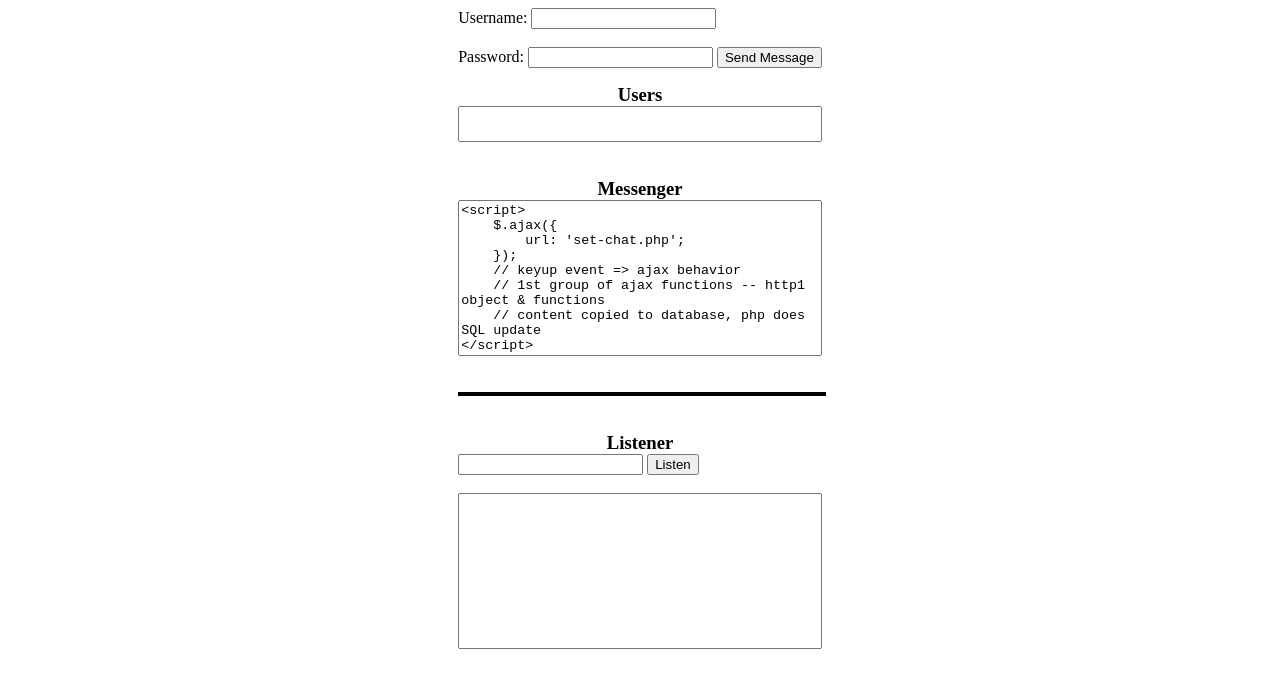
Repository: hosua/it-202
Page: http://localhost/
These files come from the project's save history. The page is drawn as it stood at one moment and after the next save; the edit follows.
The browser window is 1280 px wide. The pictures show the whole page.
The page is run by PHP 8.4 with error messages shown; the project is at /var/www/html/. Queries for data that is not in the repository find no rows.

Above is the page before, as saved 2022-12-02 05:54:07.

### assign5/index.php
<html>
<div class="container">
    <?php
include 'info.php';

ini_set("display_errors", 1); // debugging
ini_set("display_startup_errors", 1); // debugging

if (mysqli_connect_errno()) {
    echo "Failed to connect to MySQL: " . mysqli_connect_error();
    exit();
}
?>

    <form method=post action="index.php">
        <label for=user>Username: </label>
        <input type=text id=user name=user>
        <br> <br>
        <label for=pass>Password: </label>
        <input type=password id=pass name=pass>
        <input type="submit" value="Send Message">
    </form>

    <h3 style="margin: auto;"> Users </h3>
    <!-- User list -->
    <textarea readonly id=active-users name=active-users cols=20 rows=2>
<?php
$sql = "SELECT * FROM Users;";
$query_res = $conn->query($sql);
while ($row = $query_res->fetch_assoc()) {
    echo $row['username'] . " ";
}
?>
</textarea>
    <!-- Messenger -->
    <br> <br>
    <h3 style="margin: auto;"> Messenger </h3>
<textarea id=messenger name=messenger cols=40 rows=10>
<script>
    $.ajax({
        url: 'set-chat.php';
    });
    // keyup event => ajax behavior
    // 1st group of ajax functions -- http1 object & functions
    // content copied to database, php does SQL update
</script>
</textarea>
    <br> <br>
    <span class=warning id=warning>
<?php
    // error message here if user fails to login
?>
    </span>
    <br> <br>
    <!-- Listener -->
    <h3 style="margin: auto;"> Listener </h3>
    <label for=listener-name>
        <input type=text id=listener-name name=listener-name>
        <button type=button id=listener-button>Listen</button>
        <br> <br>
    <textarea id=listener name=listener cols=40 rows=10>
    </textarea>
</div> <!-- listener-container -->

<link rel="stylesheet" href="styles.css">

</html>

### assign5/info.php
<?php
	session_start();
	$dbserver= "localhost";
	$dbuser= "hoswoo";
	$dbpass = "m1z0m1z0";
	$dbname = "it202";

	$active_page = basename($_SERVER["PHP_SELF"], ".php");

	// This is how to make a .php page unvisitable.
	// User should never be able to visit this page since it only holds information and functions.
	if ( $_SERVER['REQUEST_METHOD']=='GET' && realpath(__FILE__) == realpath( $_SERVER['SCRIPT_FILENAME'] ) ) {
		header("location: index.php");
	}

	$conn = mysqli_connect($dbserver,$dbuser,$dbpass,$dbname);
	if (mysqli_connect_errno()){ echo "Failed to connect to MySQL: " . mysqli_connect_error(); exit(); }
?>

<link rel="stylesheet" href="styles.css">

### assign5/styles.css
.warning {
    border: 2px solid black;
    background-color: red;
    position: relative;
    width: 100%;
}

.container {
    display: grid;
    justify-content: center;
    align-items: center;
}

#active-users {
    resize: none;
}

#messenger {
    resize: none;
}

#listener {
    position: relative;
    width: 100%;
    resize: none;
}

After the next save:
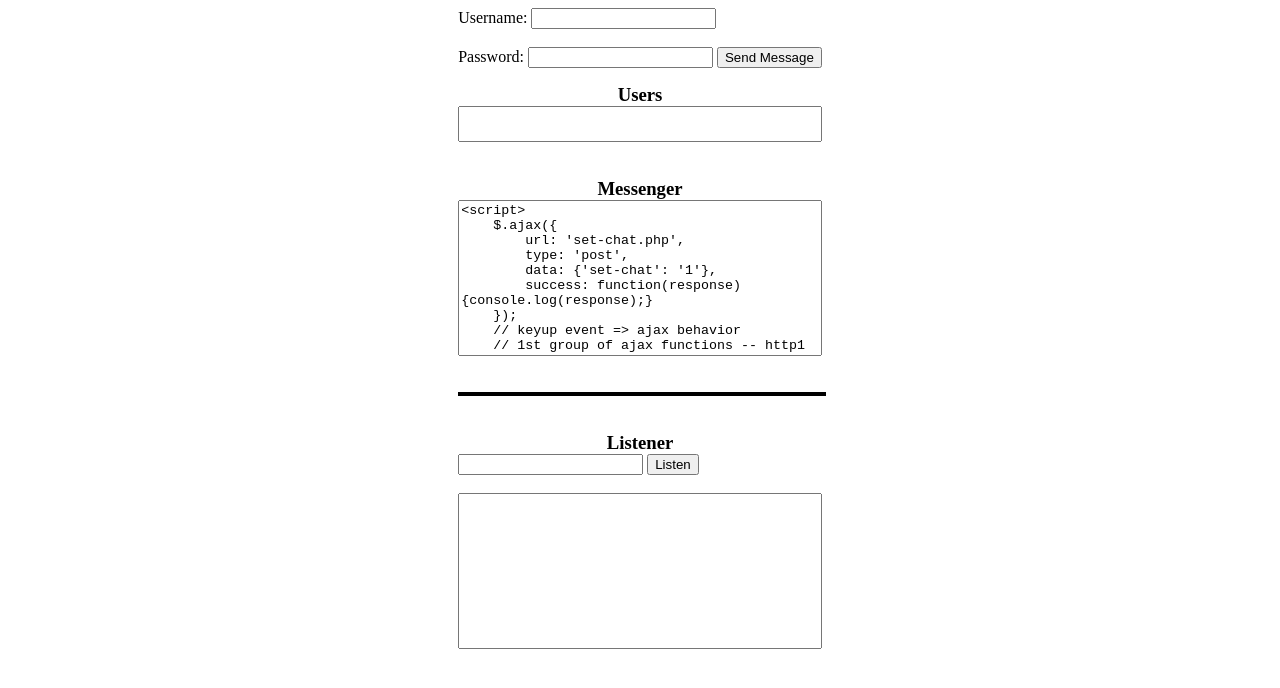
Saved 44 s later.
--- a/assign5/index.php
+++ b/assign5/index.php
@@ -38,7 +38,10 @@ while ($row = $query_res->fetch_assoc()) {
 <textarea id=messenger name=messenger cols=40 rows=10>
 <script>
     $.ajax({
-        url: 'set-chat.php';
+        url: 'set-chat.php',
+        type: 'post',
+        data: {'set-chat': '1'},
+        success: function(response){console.log(response);}
     });
     // keyup event => ajax behavior
     // 1st group of ajax functions -- http1 object & functions
